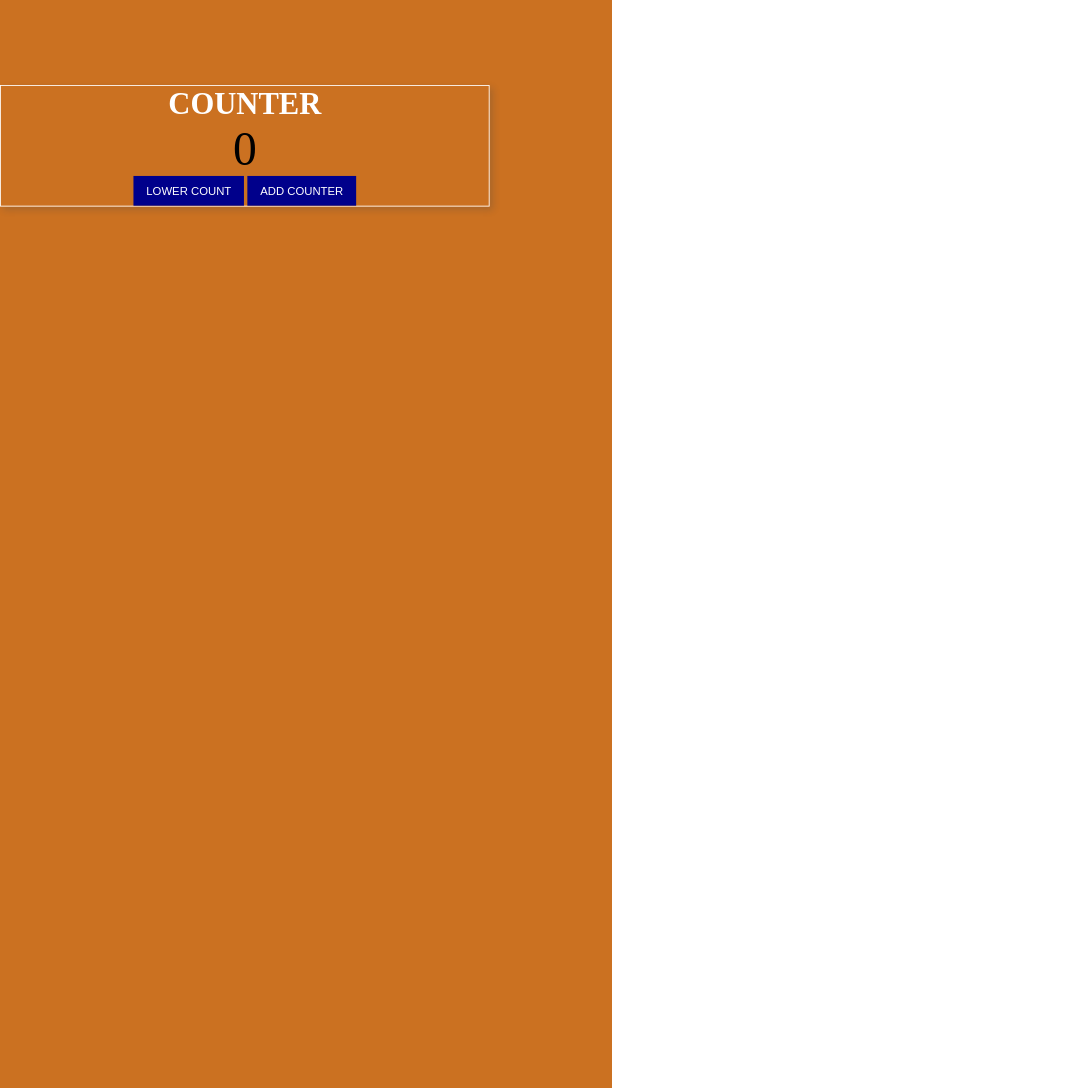
Repository: lusine-tech/counter
Page: index.html
These files come from the project's save history. The page is drawn as it stood at one moment and after the next save; the edit follows.
The browser window is 1280 px wide. The pictures show the whole page, at 85% of full size.

Above is the page before, as saved 2022-02-14 17:02:42.

### index.html
<!DOCTYPE html>
<html lang="en">
<head>
    <meta charset="UTF-8">
    <meta http-equiv="X-UA-Compatible" content="IE=edge">
    <meta name="viewport" content="width=device-width, initial-scale=1.0">
    <link rel="stylesheet" href="style.css">
    <title>counter</title>
</head>
<body>
    <section class="background">
        <div class="block">
            <h3 class="title">Counter</h3>
            <p class="num">0</p>
    <div class="buttons">
       <button class="btn" id="btn-left">lower count</button>
       <button class="btn" id="btn-right">add Counter</button>
    </div>
    </div>
    </section>
   <script src="/script.js"></script>
</body>
</html>

### style.css
*{
    margin: 0;
    padding: 0;
    box-sizing: border-box;
}

.background {
    width: 100vh;
    height: 100vw;
    background-color: #cb7121;
    text-align: center;
   padding-top: 100px;
}

.block {
    width: 80%;
    border: 1px solid #fff;
    padding: 50px 20px
    -webkit-box-shadow: 4px 4px 8px 0px rgba(34, 60, 80, 0.2);
-moz-box-shadow: 4px 4px 8px 0px rgba(34, 60, 80, 0.2);
box-shadow: 4px 4px 8px 0px rgba(34, 60, 80, 0.2);
}
.title {
    color: #fff;
    font-size: 36px;
    text-transform: uppercase;
}
.num {
    font-size: 56px;
}
.btn {
    padding: 10px 15px;
    color: #fff;
        cursor: pointer;
    transition: 0.5s ease;
    border: none;
    outline: none;
    background-color: #00008B;
    text-transform: uppercase;
}

Loaded but not shown: script.js (no copy from this time; the picture is the same without it)

After the next save:
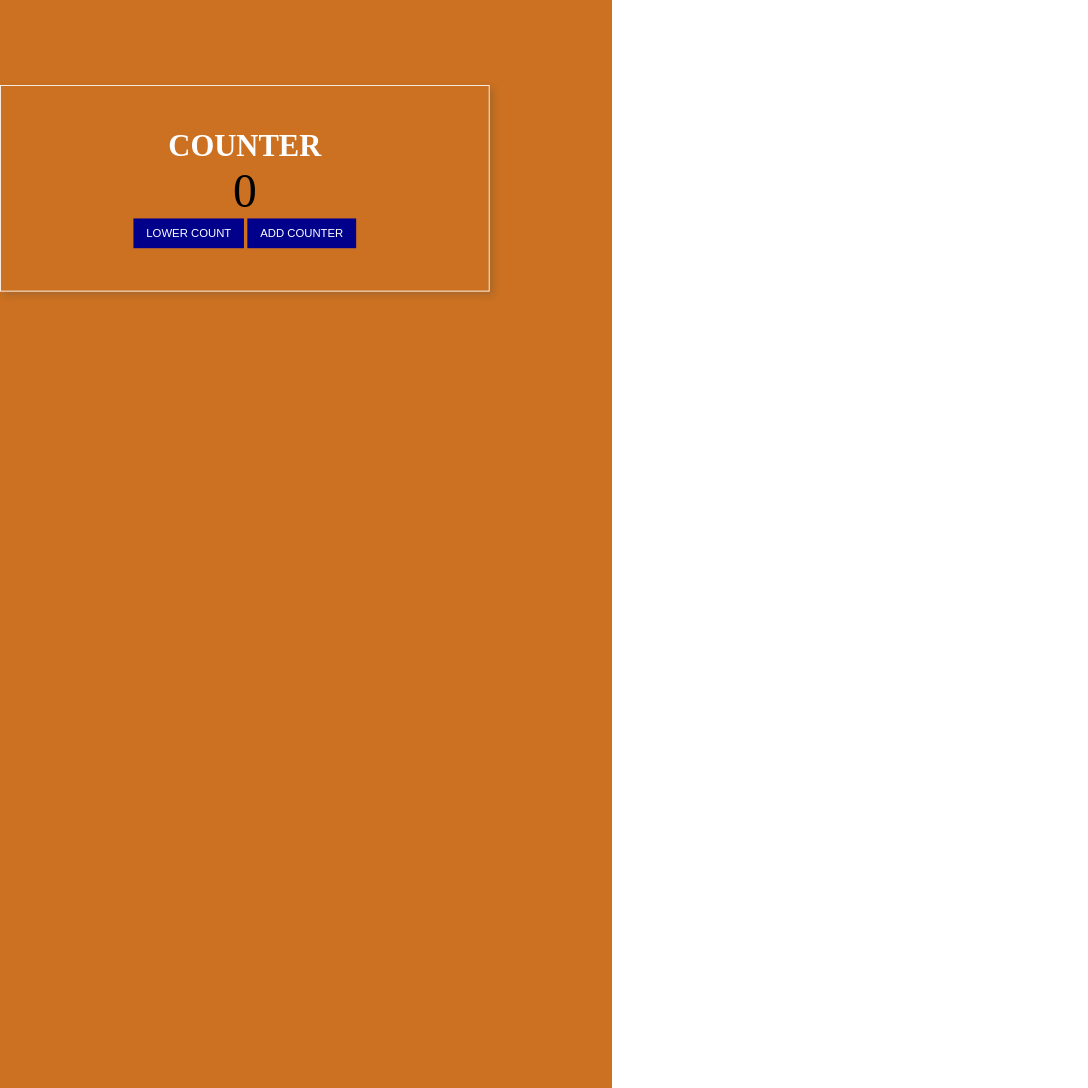
Saved 4 s later.
--- a/style.css
+++ b/style.css
@@ -15,7 +15,7 @@
 .block {
     width: 80%;
     border: 1px solid #fff;
-    padding: 50px 20px
+    padding: 50px 20px;
     -webkit-box-shadow: 4px 4px 8px 0px rgba(34, 60, 80, 0.2);
 -moz-box-shadow: 4px 4px 8px 0px rgba(34, 60, 80, 0.2);
 box-shadow: 4px 4px 8px 0px rgba(34, 60, 80, 0.2);
